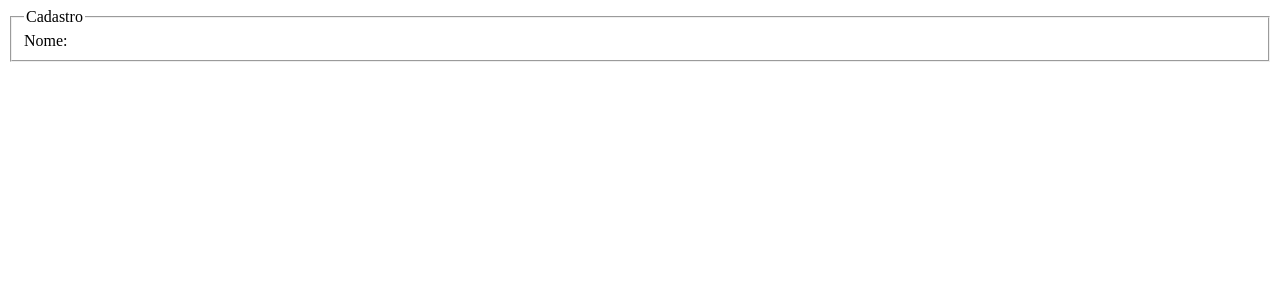
Repository: Lerif/WebServletLearning
Page: http://localhost/WebLearning/
The author's editor kept a copy of each file at every save. The page is drawn from the files as they stood at one save, then again after the next save.
The browser window is 1280 px wide. The pictures show the whole page.
The page is served by Tomcat 9.

Above is the page before, as saved 2016-10-25 14:06:28.

After the next save:
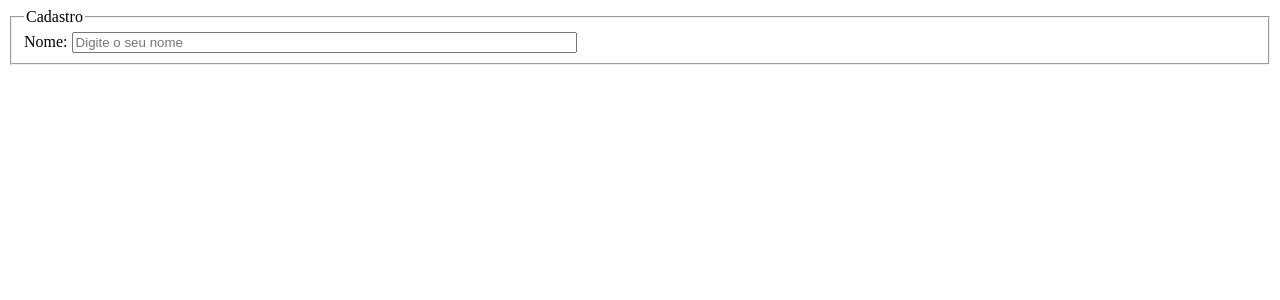
Saved 4 min 47 s later.
--- a/WebServelets/WebLearning/WebContent/TryJSP.jsp
+++ b/WebServelets/WebLearning/WebContent/TryJSP.jsp
@@ -11,6 +11,7 @@
 		<fieldset>
 			<legend>Cadastro</legend>
 			Nome:
+			<input type="text" 	name="nome" size="60" placeholder="Digite o seu nome" required/>
 		</fieldset>
 	</form>
 </body>
